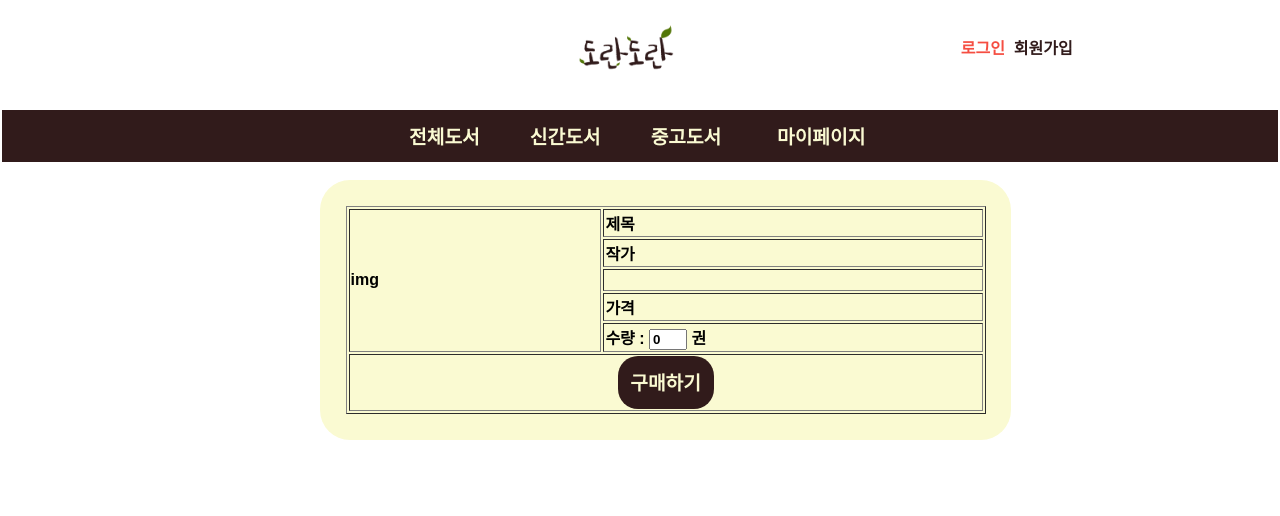
Repository: juhyun110701/DORANDORAN
Page: http://localhost/dorandoran/bookView.jsp
The author's editor kept a copy of each file at every save. The page is drawn from the files as they stood at one save, then again after the next save.
The browser window is 1280 px wide. The pictures show the whole page.
Some web fonts or font styles are not loaded; a fallback is used. The page is served by Tomcat 9.

Above is the page before, as saved 2019-07-31 12:33:04.

After the next save:
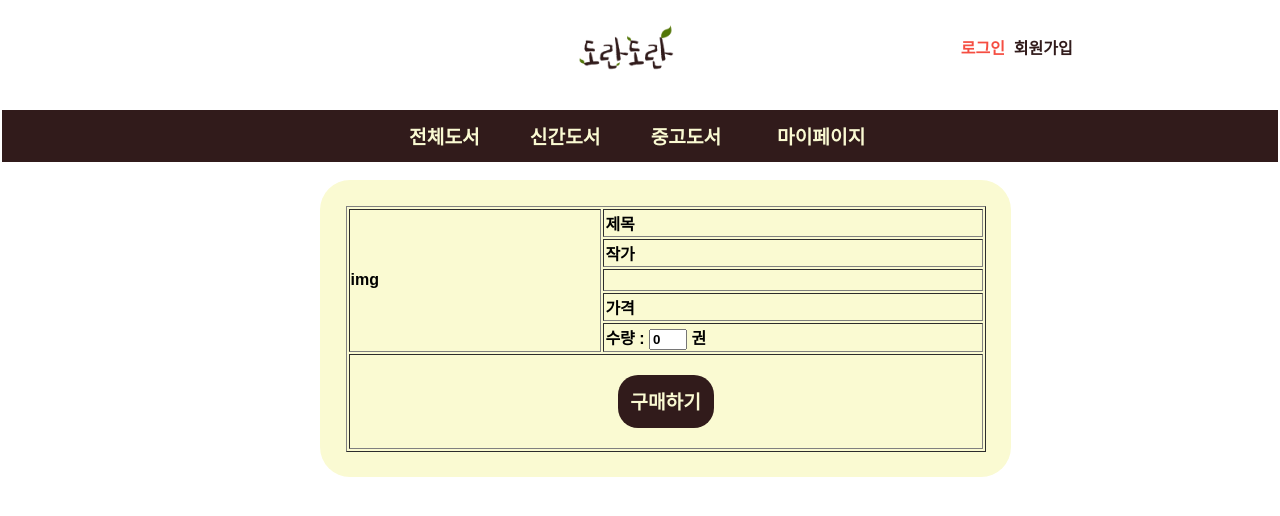
Saved 14 s later.
--- a/dorandoran/WebContent/css/bookView.css
+++ b/dorandoran/WebContent/css/bookView.css
@@ -31,6 +31,7 @@ a{
 	border:0;
 	outline:0;
 	padding:2%;
+	margin:3%;
 	font-size:120%;
 }
 
